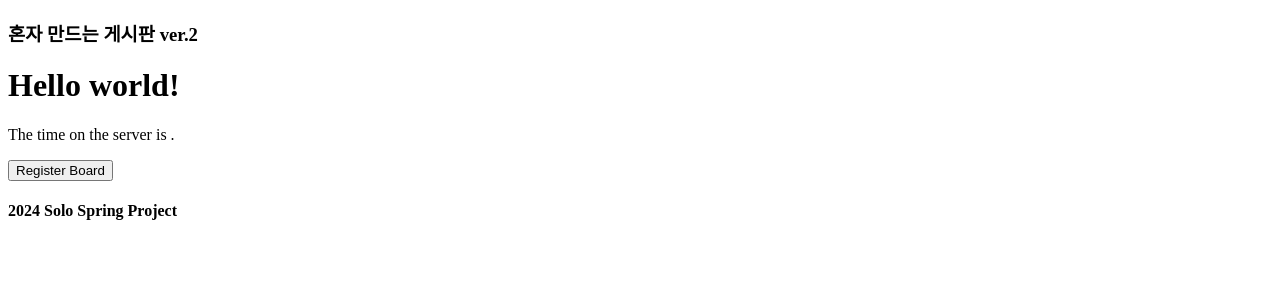
Repository: nefer2/Spring_test
Page: http://localhost/spring_test7/WEB-INF/views/index.jsp
These files come from the project's save history. The page is drawn as it stood at one moment and after the next save; the edit follows.
The browser window is 1280 px wide. The pictures show the whole page.
The page is served by Tomcat 9. Nobody is signed in. Other server files are loaded and not shown. The template is opened directly, without the code that normally fills it, so the values that code supplies are empty.

Above is the page before, as saved 2024-01-17 01:13:44.

### spring_test7/src/main/webapp/WEB-INF/views/index.jsp
<%@ page language="java" contentType="text/html; charset=UTF-8"
    pageEncoding="UTF-8"%>
<%@ page session="true" %>

<jsp:include page="./layout/header.jsp"></jsp:include>
<jsp:include page="./layout/navbar.jsp"></jsp:include>


<body>
<h1>
	Hello world!
</h1>

<P>  The time on the server is ${serverTime}. </P>

<a href="/board/register"><button>Register Board</button></a>
</body>


<jsp:include page="./layout/footer.jsp"></jsp:include>

### spring_test7/src/main/webapp/WEB-INF/views/layout/header.jsp
<%@ page language="java" contentType="text/html; charset=UTF-8"
    pageEncoding="UTF-8"%>
<!DOCTYPE html>
<html>
<head>
<h3>혼자 만드는 게시판 ver.2</h3>
</head>

### spring_test7/src/main/webapp/WEB-INF/views/layout/footer.jsp
<%@ page language="java" contentType="text/html; charset=UTF-8"
    pageEncoding="UTF-8"%>




<div><h4>2024 Solo Spring Project</h4></div>

</body>
</html>

Loaded but not shown: spring_test7/src/main/webapp/WEB-INF/views/layout/navbar.jsp (common file)

After the next save:
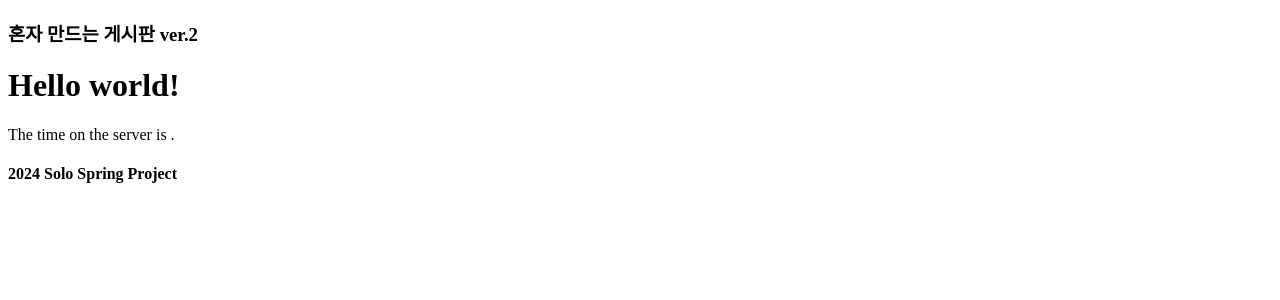
Saved 11 s later.
--- a/spring_test7/src/main/webapp/WEB-INF/views/index.jsp
+++ b/spring_test7/src/main/webapp/WEB-INF/views/index.jsp
@@ -13,7 +13,6 @@
 
 <P>  The time on the server is ${serverTime}. </P>
 
-<a href="/board/register"><button>Register Board</button></a>
 </body>
 
 
